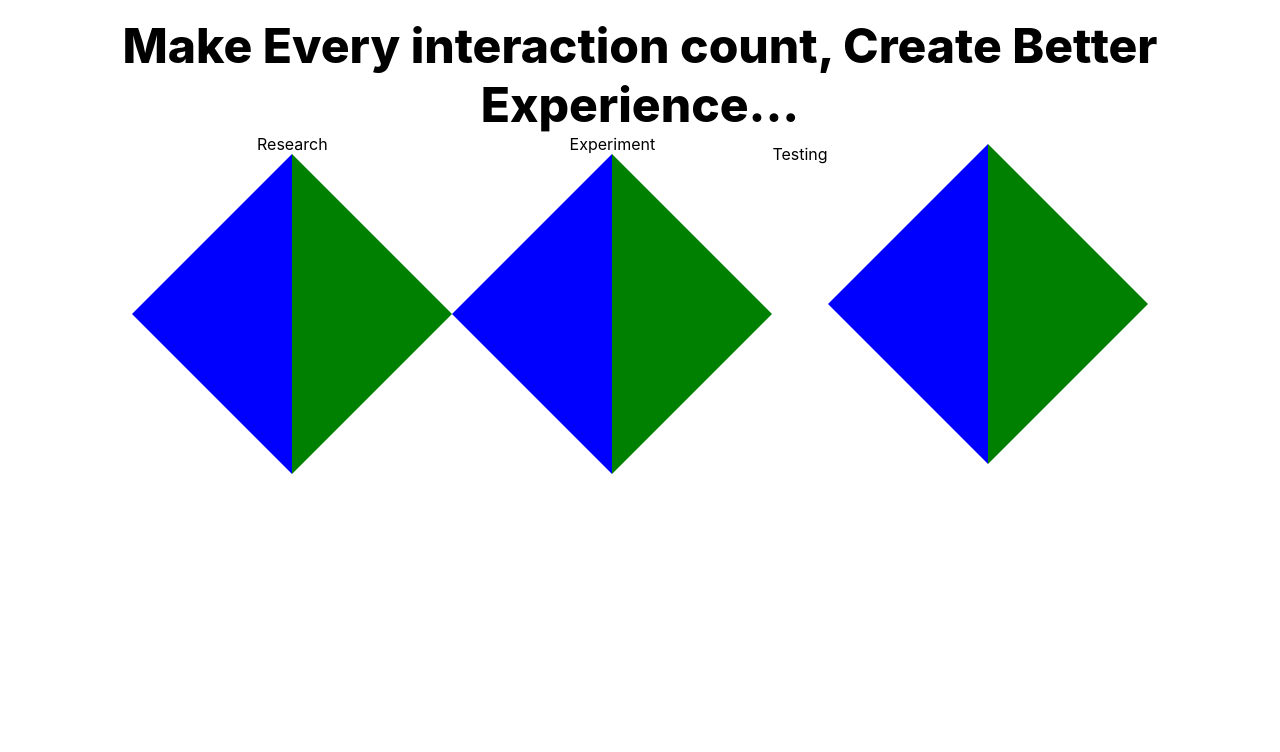
Repository: YingCG/interaction-design
Page: /
These files come from the project's save history. The page is drawn as it stood at one moment and after the next save; the edit follows.
The browser window is 1280 px wide. The pictures show the whole page.
The project was rebuilt for these pictures with package versions that can differ from the ones it lists, and the page was loaded fresh each time.

Above is the page before, as saved 2023-09-07 16:15:39.

### src/App.js
import logo from "./logo.svg";
import "./App.css";
import TripleDiamond from "./TripleDiamond";

function App() {
  return (
    <div className="App">
      <div className="text-content">
        Make Every interaction count, Create Better Experience...
      </div>

      <TripleDiamond />
    </div>
  );
}

export default App;

### src/App.css
.App {
  text-align: center;
  padding: 1em;
  height: 100vh;
}

.arrow-right {
  width: 0;
  height: 0;
  border-top: 10rem solid transparent;
  border-bottom: 10rem solid transparent;
  border-left: 10rem solid green;
}
.arrow-right:hover {
  border-left: 10rem solid #ffa1f5;
}

.arrow-left {
  width: 0;
  height: 0;
  border-top: 10rem solid transparent;
  border-bottom: 10rem solid transparent;
  border-right: 10rem solid blue;
}
.arrow-left:hover {
  border-right: 10rem solid #ffa1f5;
}

.container {
  display: flex;
  justify-content: center;
  align-items: center;
  width: 100%;
}

.text-content {
  /* padding: 3em; */
  font-size: 3em;
  font-weight: 800;
  flex-direction: column;
}

.triple-diamond {
  display: flex;
  width: 50%;
}

.container-triple {
  display: flex;
  flex-direction: column;
}

.text-above {
  flex-direction: column;
}

### src/TripleDiamond.jsx
import React, { useState } from "react";
import contents from "./data";
import ProjectOverview from "./ProjectOverview";

function TripleDiamond() {
  const [info, setInfo] = useState("");

  function showInfo() {
    console.log(contents);
    setInfo(contents);
  }
  // const showInfo = () => {

  // }

  return (
    <>
      <div className="container">
        <div className="container-triple">
          <div className="text-above">Research</div>
          <div className="triple-diamond">
            <div className="arrow-left" onClick={showInfo}></div>
            <div className="arrow-right"></div>
          </div>
        </div>

        <div className="container-triple">
          <div className="text-above">Experiment</div>
          <div className="triple-diamond">
            <div className="arrow-left"></div>
            <div className="arrow-right"></div>
          </div>
        </div>

        <div className="container-triple">
          <div className="triple-diamond">
            <div className="text-above">Testing</div>
            <div className="arrow-left"></div>
            <div className="arrow-right"></div>
          </div>
        </div>
        <div className="information">
          {contents.map((info, index) => (
            <ProjectOverview props={info} key={index} />
          ))}
        </div>
      </div>
    </>
  );
}

export default TripleDiamond;

### src/data.js
const contents = [
  {
    Title: "Project Overview",
    Description:
      "Memento Media is a creative industry startup that empowers people to save life's stories. When a loved one dies, we also sadly loose their stories. Memento Media uses storytelling and oral history practices to redefine the way families discover, capture and celebrate family history withoutmulti-generational living family archives.",
  },
  {
    Title: "Research",
    Description: "Assessment 1",
  },
  {
    Title: "Experiment",
    Description: "Assessment 2",
  },
  {
    Title: "Prototype",
    Description: "Assessment 3.",
  },
];

export default contents;

### src/ProjectOverview.js
import React from "react";

function ProjectOverview(props) {
  return (
    <div className="information">
      <h1> {props.Title}</h1>
      <p> {props.Description}</p>
    </div>
  );
}

export default ProjectOverview;

Loaded but not shown: public/index.html (common file); src/index.js (common file); src/index.css (common file); src/reportWebVitals.js (common file)

After the next save:
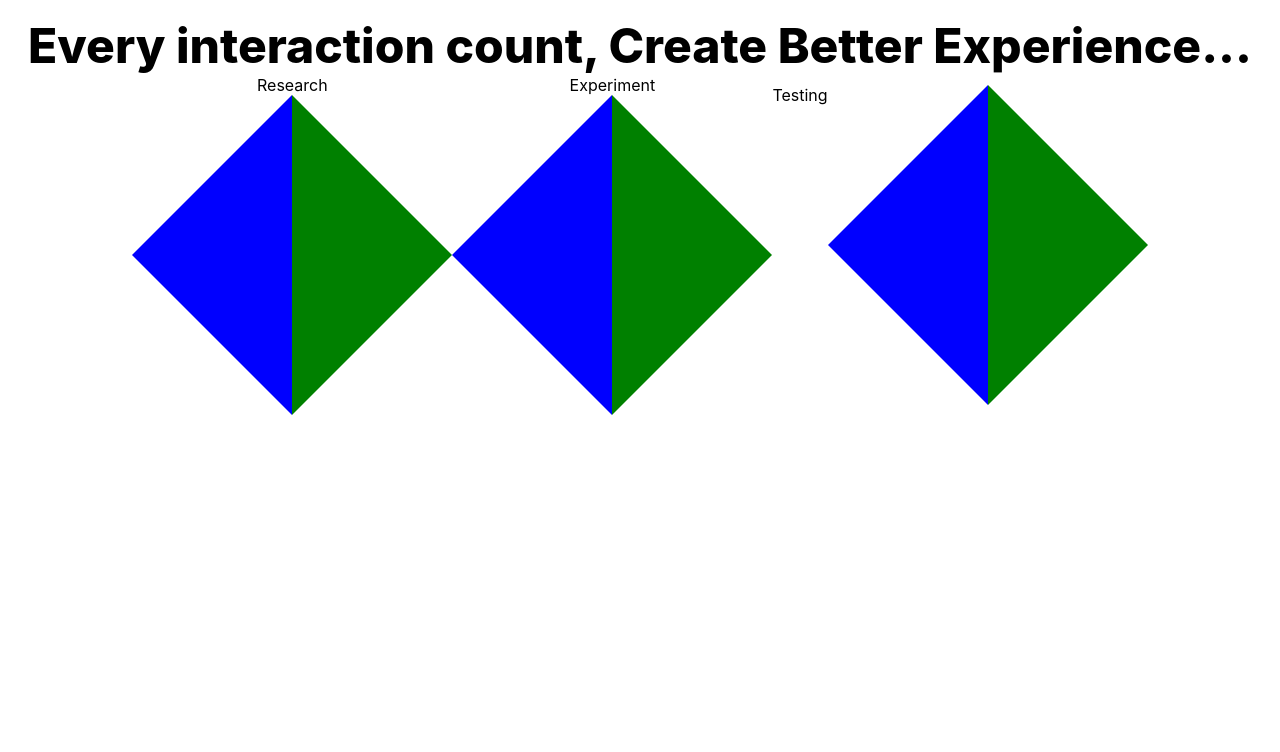
Saved 29 s later.
--- a/src/App.js
+++ b/src/App.js
@@ -6,7 +6,7 @@ function App() {
   return (
     <div className="App">
       <div className="text-content">
-        Make Every interaction count, Create Better Experience...
+        Every interaction count, Create Better Experience...
       </div>
 
       <TripleDiamond />
